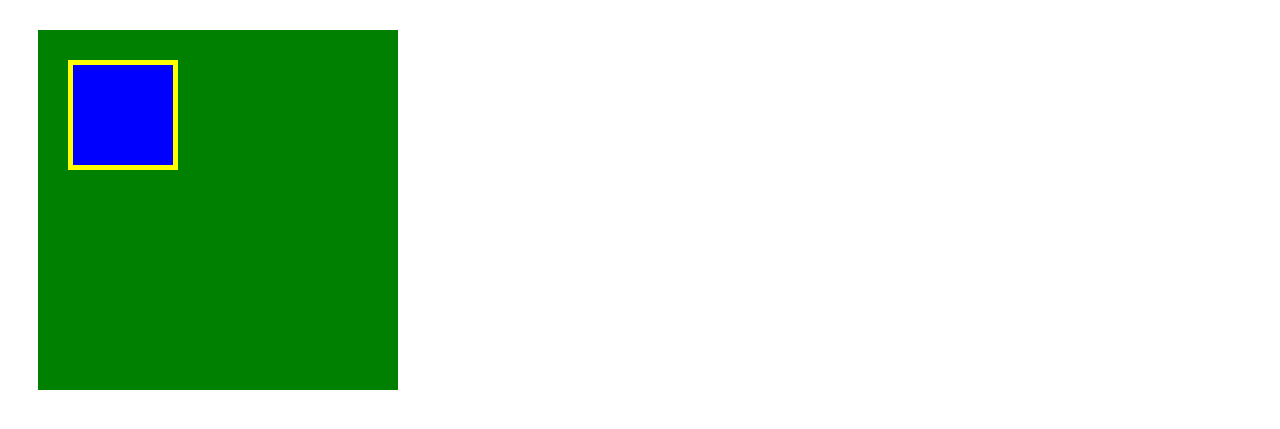
Repository: Souax/prac_20231021
Page: box/box.html
The author's editor kept a record of every edit. The page is drawn from the files as they stood at one moment, then again after the next edit.
The browser window is 1280 px wide. The pictures show the whole page.

Above is the page before.

After the next edit:
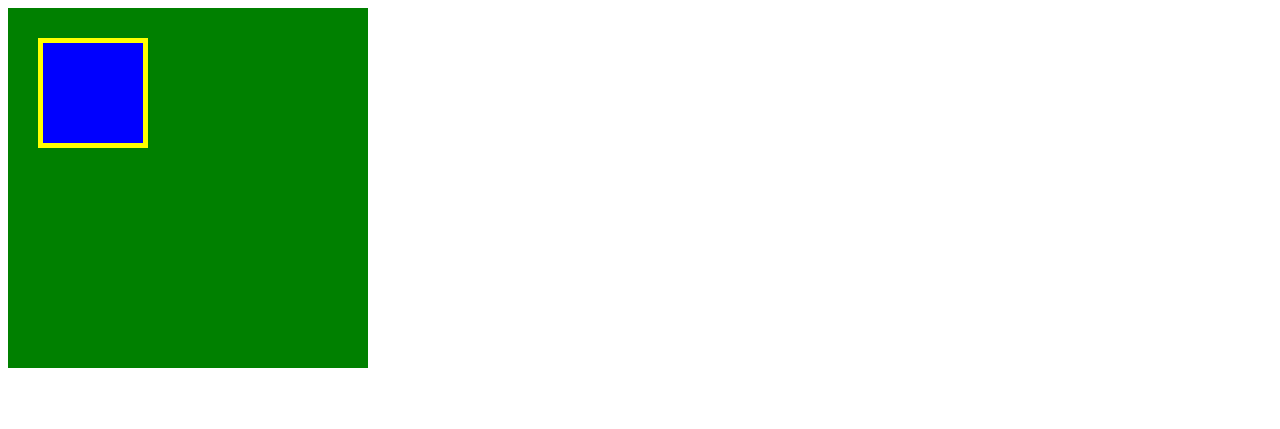
The edit:
--- a/box/box.css
+++ b/box/box.css
@@ -2,7 +2,6 @@
   width:300px;
   height:300px;
   background-color:green;
-  margin:30px;
   padding:30px;
 }
 
